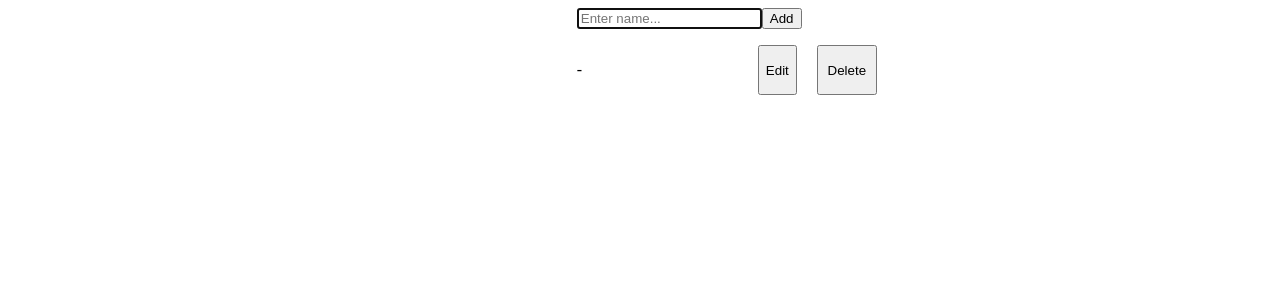
Repository: dohuuxuyen/redux-todolist
Page: /, after clicking the first element matching `button`
The author's editor kept a copy of each file at every save. The page is drawn from the files as they stood at one save, then again after the next save.
The browser window is 1280 px wide. The pictures show the whole page.
The project was rebuilt for these pictures with package versions that can differ from the ones it lists, and the page was loaded fresh each time. Also part of the build but not shown: src/App.css.

Above is the page before, as saved 2022-04-30 14:00:48.

### src/index.js
import React from "react";
import ReactDOM from "react-dom/client";
import { Provider } from "react-redux";
import App from "./App";
import store from "./redux/store";

const root = ReactDOM.createRoot(document.getElementById("root"));
root.render(
  <Provider store={store}>
    <App />
  </Provider>
);

### src/App.js
import "./App.css";
import Todos from "./components/Todos/Todos";

function App() {
  return (
    <div className="App">
      <Todos />
    </div>
  );
}

export default App;

### src/components/Todos/Todos.jsx
import React, { useRef } from "react";
import { useDispatch, useSelector } from "react-redux";
import { addTodos, deleteTodos, setTodoInput } from "../../redux/actions";
import { todoInputSelector, todosSelector } from "../../redux/selector";

const Todos = () => {
  const refTodoInput = useRef();
  const todoInput = useSelector(todoInputSelector);
  const todos = useSelector(todosSelector);
  const dispatch = useDispatch();
  console.log(todos);

  const handleTodoInputChange = (e) => {
    dispatch(setTodoInput(e.target.value));
  };

  const handleAdd = () => {
    dispatch(addTodos(todoInput));
    dispatch(setTodoInput(""));
    refTodoInput.current.focus();
  };
  console.log(todoInput);

  const handleDelete = (index) => {
    dispatch(deleteTodos(index));
  };
  return (
    <div style={{ width: "300px", marginLeft: "45%" }}>
      <input
        ref={refTodoInput}
        value={todoInput}
        type="text"
        placeholder="Enter name..."
        onChange={handleTodoInputChange}
      />
      <button onClick={handleAdd}>Add</button>
      <ul style={{ width: "100%", paddingLeft: 0 }}>
        {todos.map((todo, index) => (
          <li style={{ display: "flex" }} key={index}>
            <p style={{ flex: "1" }}>- {todo}</p>
            <button style={{}} onClick={() => handleDelete(index)}>
              Edit
            </button>
            <button
              style={{ marginLeft: "20px", width: "60px" }}
              onClick={() => handleDelete(index)}
            >
              Delete
            </button>
          </li>
        ))}
      </ul>
    </div>
  );
};

export default Todos;

### src/redux/reducer.js
import { combineReducers } from "redux";
import todosReducer from "../components/Todos/todosReducer";

const rootReducer = combineReducers({
  todos: todosReducer,
});

export default rootReducer;

### src/redux/actions.js
export const searchFilter = (payload) => {
  return {
    type: "Filter/SEARCH_FILTER",
    payload: payload,
  };
};

export const setTodoInput = (payload) => {
  return {
    type: "Todos/SET_TODO_INPUT",
    payload: payload,
  };
};

export const addTodos = (payload) => {
  return {
    type: "Todos/ADD_TODOS",
    payload: payload,
  };
};

export const deleteTodos = (payload) => {
  return {
    type: "Todos/DELETE_TODOS",
    payload: payload,
  };
};

export const clearTodos = (payload) => {
  return {
    type: "Todos/CLEAR_TODOS",
    payload: payload,
  };
};

export const updateTodos = (payload) => {
  return {
    type: "Todos/UPDATE_TODOS",
    payload: payload,
  };
};

### src/redux/selector.js
export const todoInputSelector = (state) => state.todos.todoInput;
export const todosSelector = (state) => state.todos.todos;

### src/components/Todos/todosReducer.js
const initialState = {
  todoInput: "",
  todos: [],
};

const todosReducer = (state = initialState, action) => {
  switch (action.type) {
    case "Todos/SET_TODO_INPUT":
      return {
        ...state,
        todoInput: action.payload,
      };
    case "Todos/ADD_TODOS":
      return {
        ...state,
        todos: [...state.todos, action.payload],
      };
    case "Todos/DELETE_TODOS":
      return {
        ...state,
        todos: [
          ...state.todos.filter((todo, index) => index !== action.payload),
        ],
      };
    default:
      return state;
  }
};

export default todosReducer;

Loaded but not shown: public/index.html (common file); src/redux/store.js (common file)

After the next save:
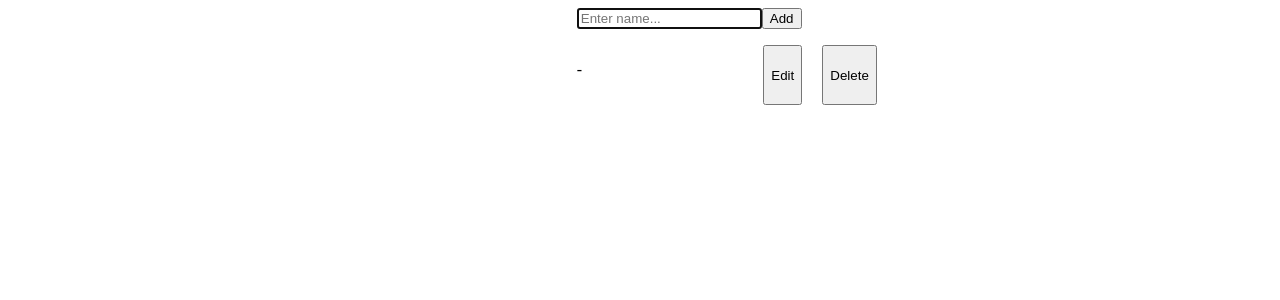
Saved 7 s later.
--- a/src/components/Todos/Todos.jsx
+++ b/src/components/Todos/Todos.jsx
@@ -42,7 +42,7 @@ const Todos = () => {
               Edit
             </button>
             <button
-              style={{ marginLeft: "20px", width: "60px" }}
+              style={{ marginLeft: "20px", height: "60px" }}
               onClick={() => handleDelete(index)}
             >
               Delete
